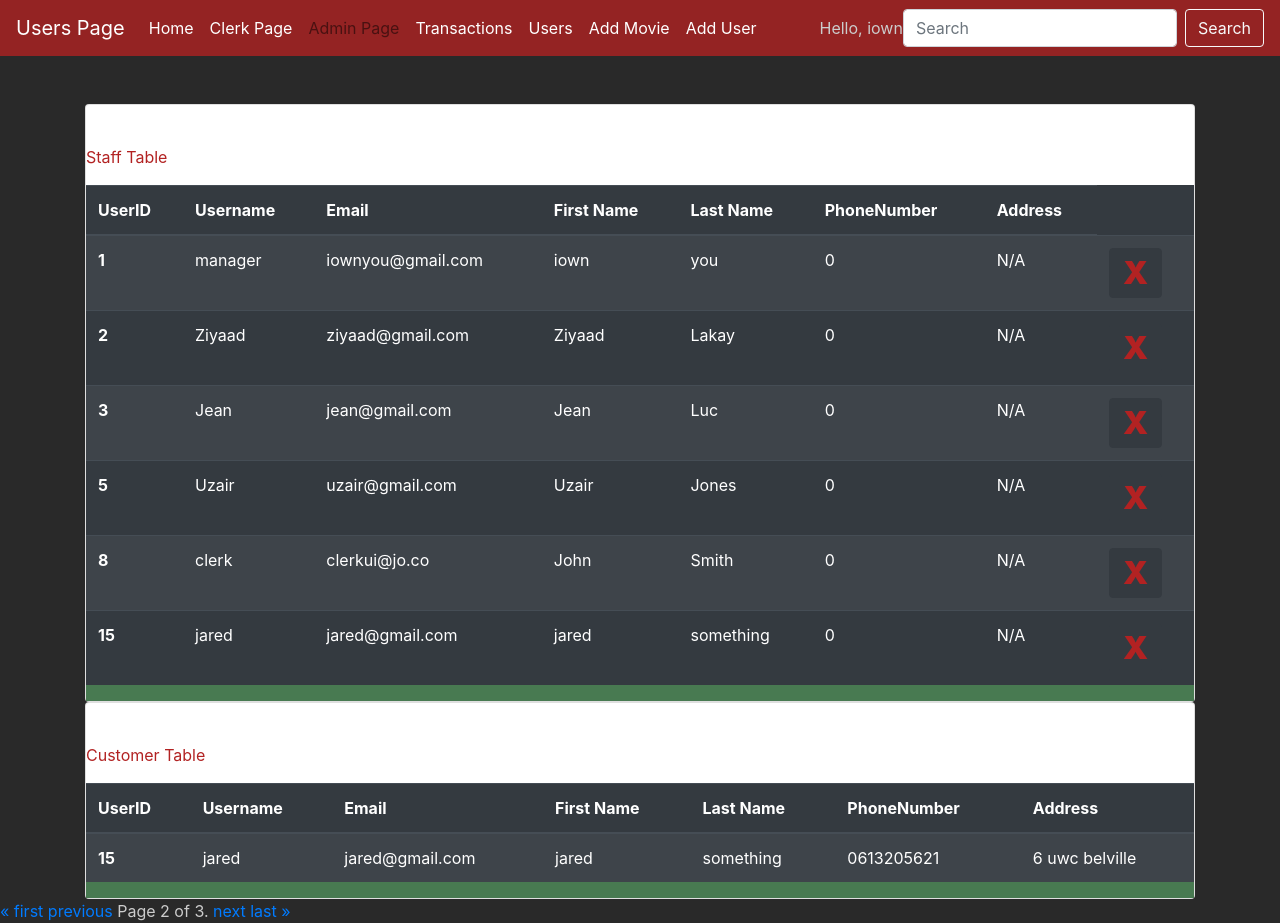
Repository: jeanluciradukunda/csc312.group.project
Page: http://localhost/userstbl/?page=2
An editor plug-in stored every save of this project. The page is shown before and after the next save, followed by the edit.
The browser window is 1280 px wide. The pictures show the whole page.
The page is served by the project's application, run on Django 2.2 (dvdstore/manage.py). The first stored user is signed in. The page reads the database file committed with the project.

Above is the page before, as saved 2019-09-14 17:08:12.

After the next save:
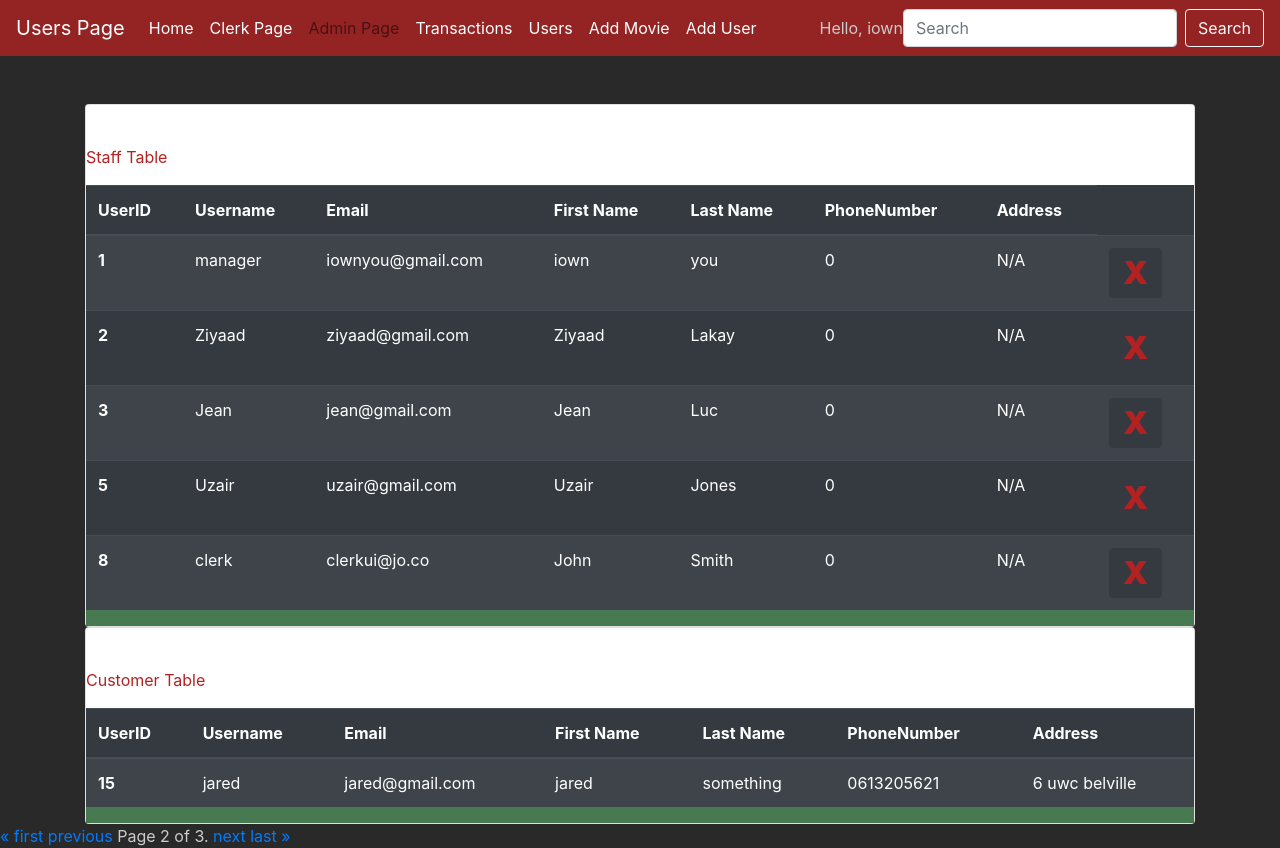
Saved 2 min 7 s later.
--- a/dvdstore/templates/userstbl.html
+++ b/dvdstore/templates/userstbl.html
@@ -98,7 +98,7 @@
                                   </thead>
                                   <tbody>
                                   {% for use in users %}
-                                  {% if user.is_staff %}
+                                  {% if use.is_staff %}
                                     <tr>
                                       <th scope="row">{{use.id}}</th>
                                       <td>{{use.username}}</td>
